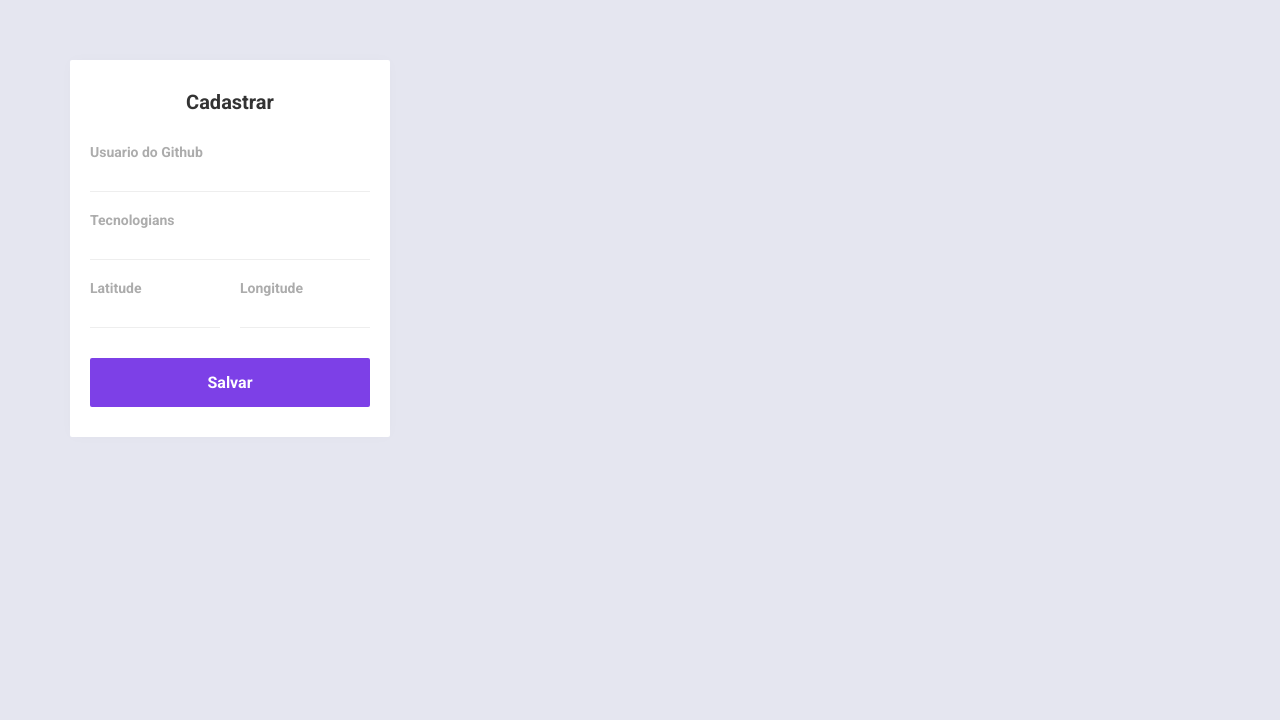
Repository: vadyvarela/semanaOmnistack10
Page: / (app in frontend/)
These files come from the project's save history. The page is drawn as it stood at one moment and after the next save; the edit follows.
The browser window is 1280 px wide. The pictures show the whole page.
The page's requests for data from a server got no answer. The project was rebuilt for these pictures with package versions that can differ from the ones it lists, and the page was loaded fresh each time. No one was signed in, and anything a server would have sent is missing. Also part of the build but not shown: frontend/src/components/DevItem/styles.css, frontend/src/components/DevItem/index.js.

Above is the page before, as saved 2020-01-20 16:29:39.

After the next save:
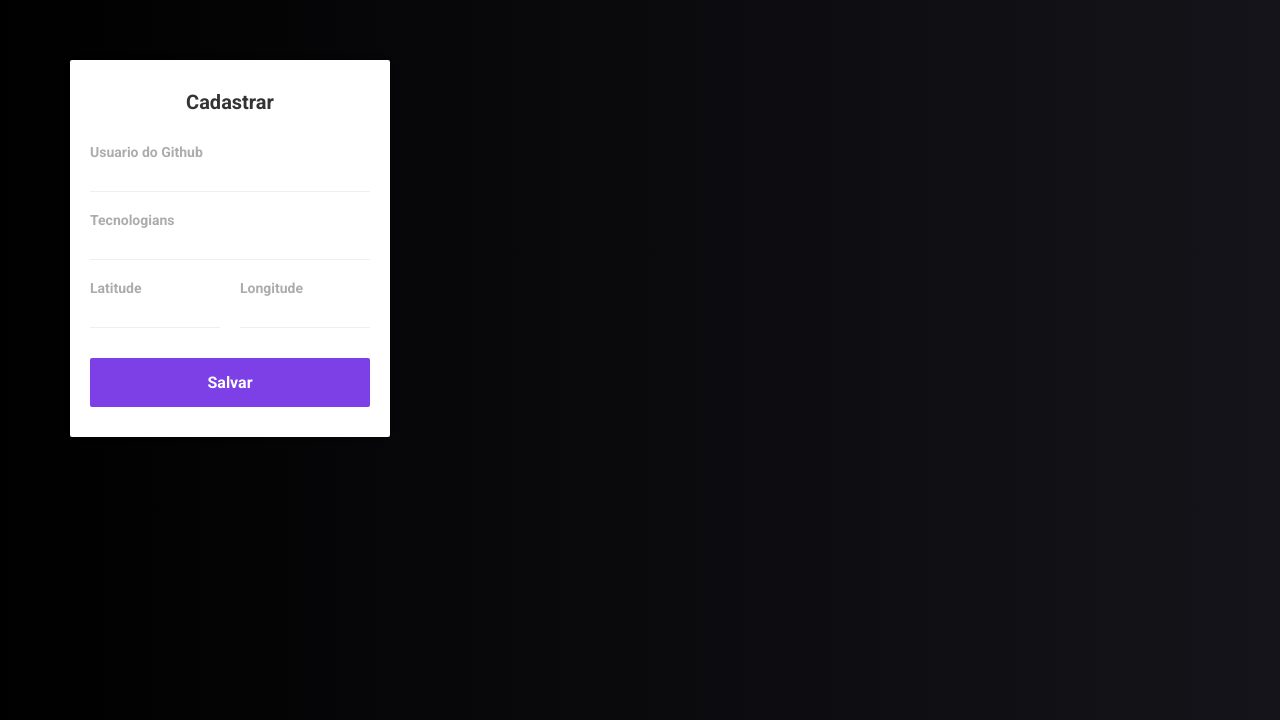
Saved 2 days later.
--- a/frontend/src/global.css
+++ b/frontend/src/global.css
@@ -11,7 +11,7 @@ html, body #root {
 }
 
 body {
-    background: #e5e6f0;
+    background: linear-gradient(-90deg, #15141a, #000);
     -webkit-font-smoothing: antialiased;
 }
 
